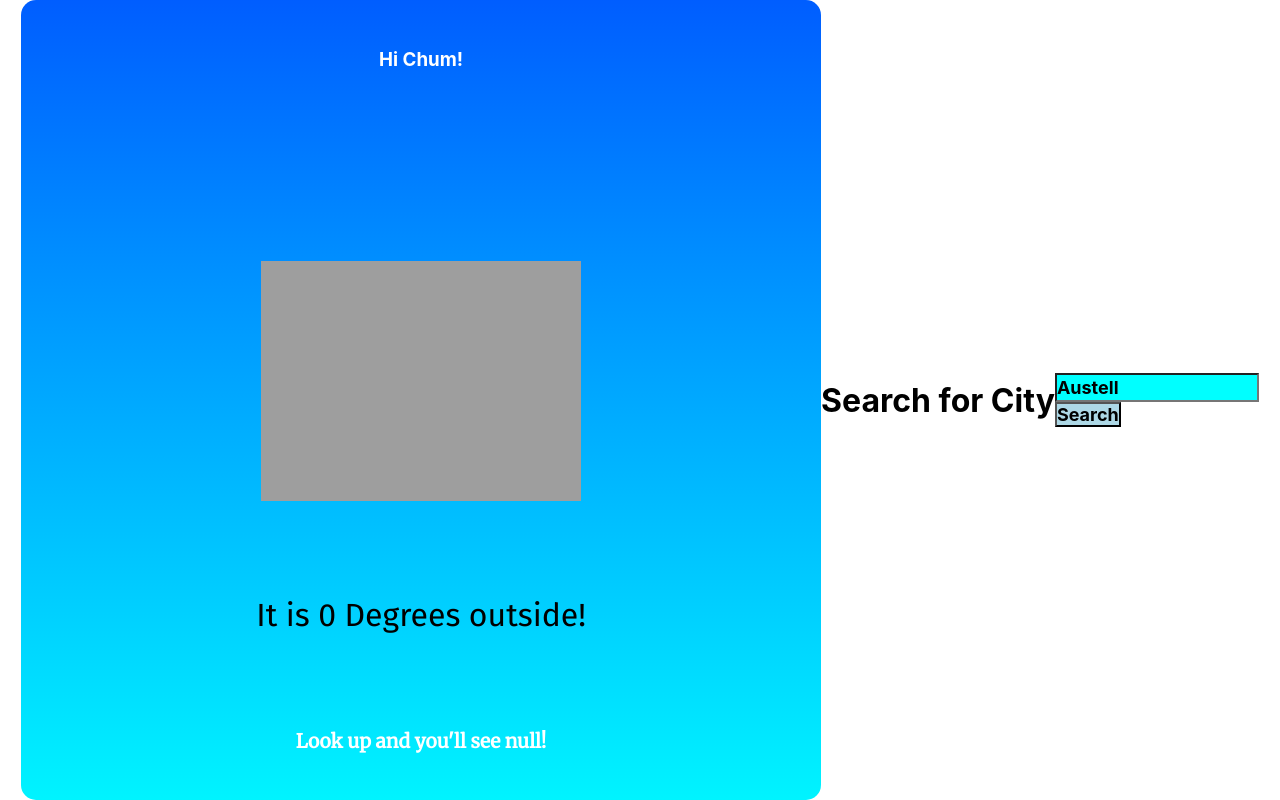
Repository: sayrilamar/chumsweatherapp
Page: /
The author's editor kept a copy of each file at every save. The page is drawn from the files as they stood at one save, then again after the next save.
The browser window is 1280 px wide. The pictures show the whole page.
Pictures or frames that could not be fetched are drawn as grey boxes. The page's requests for data from a server got no answer. The project was rebuilt for these pictures with package versions that can differ from the ones it lists, and the page was loaded fresh each time. No one was signed in, and anything a server would have sent is missing.

Above is the page before, as saved 2020-04-19 08:33:49.

After the next save:
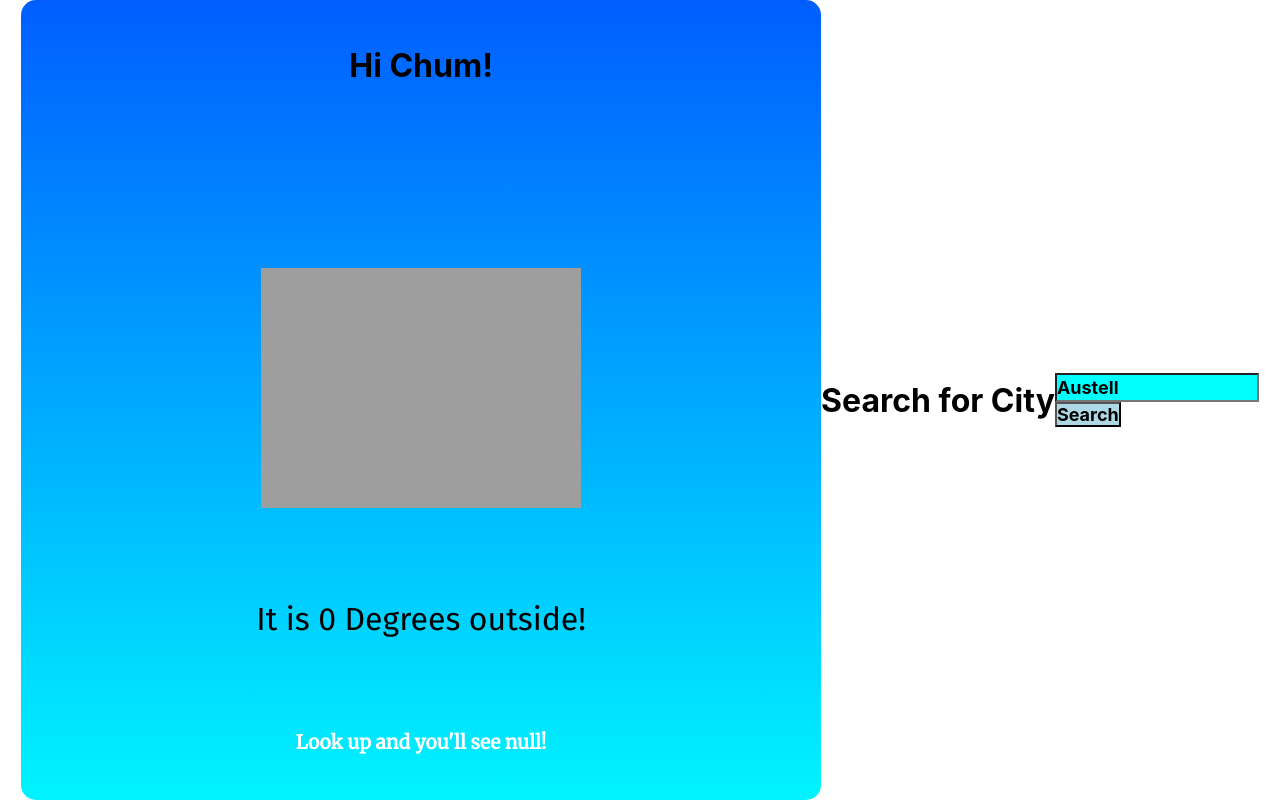
Saved 9 s later.
--- a/src/components/WeatherCard/component.js
+++ b/src/components/WeatherCard/component.js
@@ -41,7 +41,7 @@ const WeatherCard = ({temp, condition, city, state, description}) => {
 
     return (
         <Card>
-            <h3>Hi Chum!</h3>
+            <h1>Hi Chum!</h1>
             <Location city={city} state={state}/>
             <Icon condition={condition}/>
             <Condition temp={temp} condition={condition} description={description}/>
